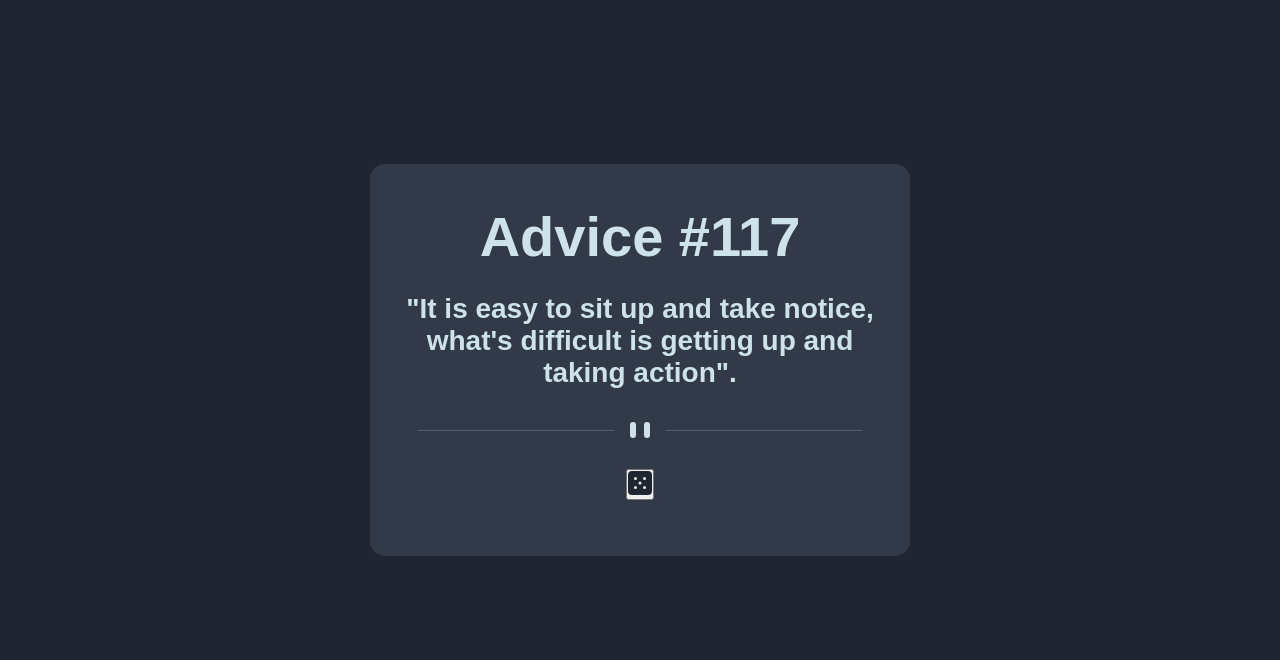
Repository: Daki-builds/advice-generator-app
Page: index.html
These files come from the project's save history. The page is drawn as it stood at one moment and after the next save; the edit follows.
The browser window is 1280 px wide. The pictures show the whole page.

Above is the page before, as saved 2026-10-08 18:50:20.

### index.html
<!DOCTYPE html>
<html lang="en">

<head>
  <meta charset="UTF-8">
  <meta name="viewport" content="width=device-width, initial-scale=1.0">
  <link rel="icon" type="image/png" sizes="32x32" href="./images/favicon-32x32.png">
  <link rel="stylesheet" href="style.css">
  <title>Frontend Mentor | Advice generator app</title>

</head>

<body>
  <main class="container">
    <h1>Advice #<span id="advice-id">117</span></h1>
    <p id="adviceText">"It is easy to sit up and take notice, what's difficult is getting up and taking action".</p>
    <div>
      <img src="./images/pattern-divider-desktop.svg" alt="divider">
    </div>
    <button id="adviceBtn"><img src="./images/icon-dice.svg" alt="dice">
    </button>
  </main>
</body>

</html>

### style.css
* {
  margin: 0;
  padding: 0;
  box-sizing: border-box;
}

:root {
  --blue-200: hsl(193, 38%, 86%);
  --green-300: hsl(150, 100%, 66%);
  --blue-600: hsl(217, 19%, 38%);
  --blue-900: hsl(217, 19%, 24%);
  --blue-950: hsl(218, 23%, 16%);

  --font-family: "Manrope", sans-serif;
  --font-weight: 800;
  --font-size: 28px;
}

body {
  font-family: var(--font-family);
  font-weight: var(--font-weight);
  font-size: var(--font-size);
  background-color: var(--blue-950);
  color: var(--blue-200);
  display: flex;
  justify-content: center;
  align-items: center;
  min-height: 100vh;
}

.container {
  position: relative;
  background-color: var(--blue-900);
  display: flex;
  flex-direction: column;
  align-items: center;
  gap: 24px;
  padding: 40px 24px 56px;
  width: 100%;
  max-width: 540px;
  border-radius: 15px;
  text-align: center;
}

After the next save:
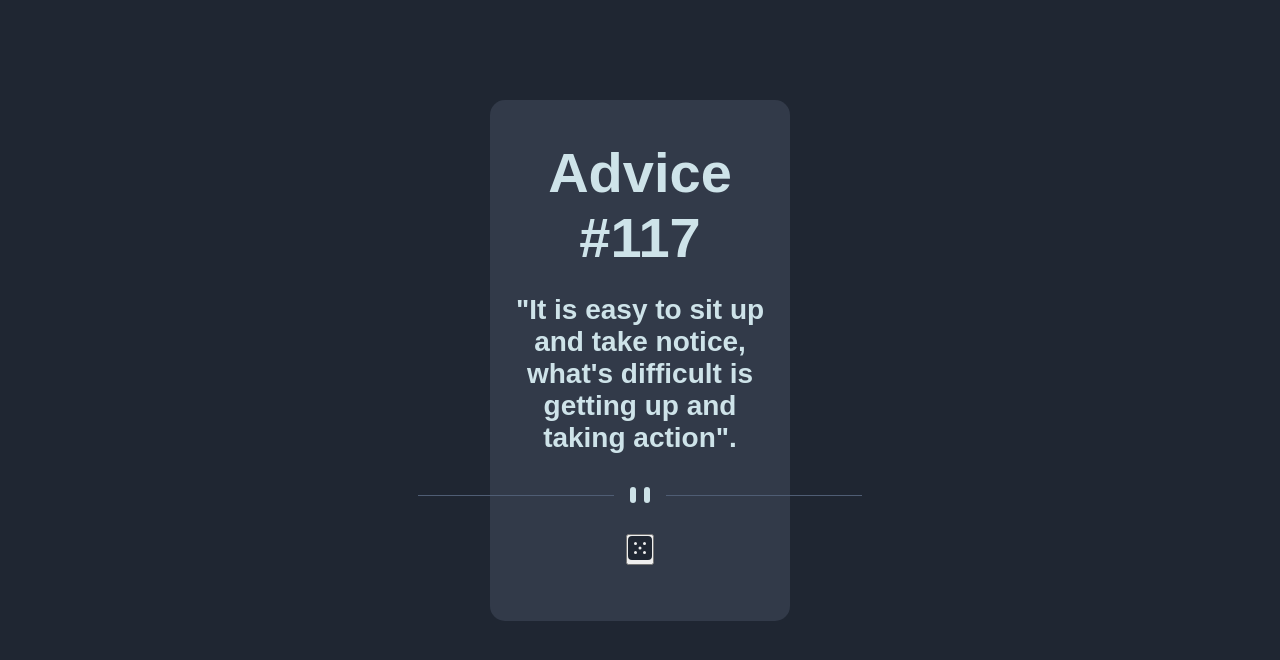
Saved 27 s later.
--- a/style.css
+++ b/style.css
@@ -37,7 +37,7 @@ body {
   gap: 24px;
   padding: 40px 24px 56px;
   width: 100%;
-  max-width: 540px;
+  max-width: 300px;
   border-radius: 15px;
   text-align: center;
 }
